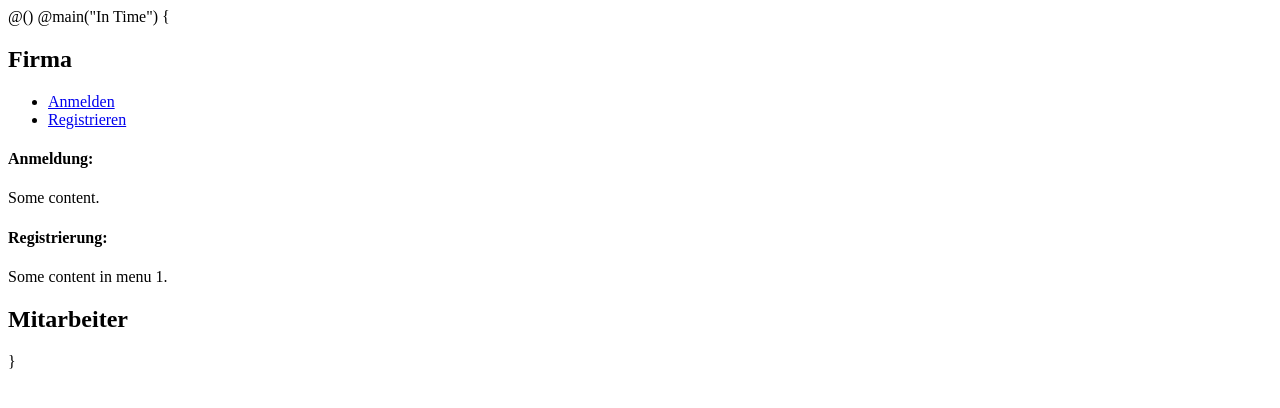
Repository: Avinukas/InTime
Page: intime/app/views/index.scala.html
The author's editor kept a copy of each file at every save. The page is drawn from the files as they stood at one save, then again after the next save.
The browser window is 1280 px wide. The pictures show the whole page.

Above is the page before, as saved 2018-05-17 07:31:09.

After the next save:
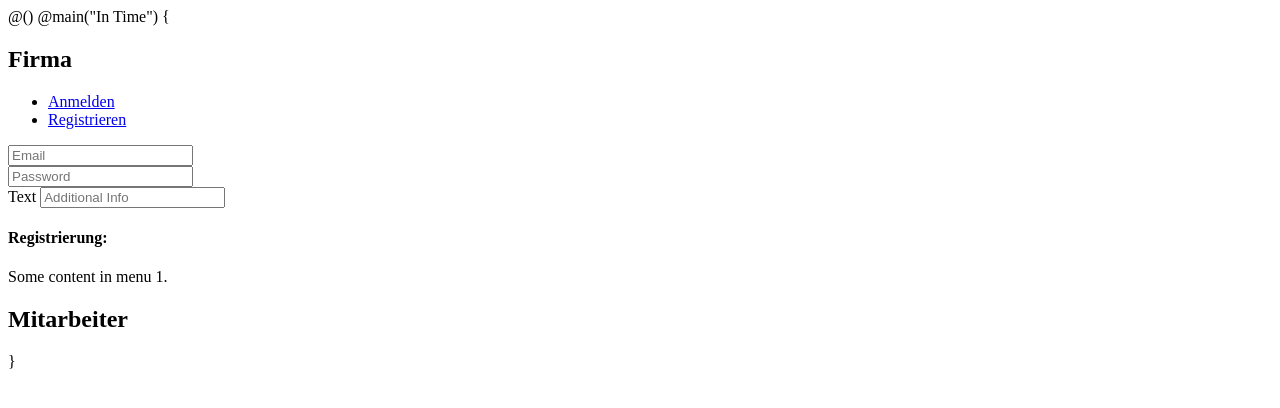
Saved 35 min 4 s later.
--- a/intime/app/views/index.scala.html
+++ b/intime/app/views/index.scala.html
@@ -9,8 +9,24 @@
 
 		<div class="tab-content">
 			<div id="firmaAnmelden" class="tab-pane fade in active">
-				<h4>Anmeldung:</h4>
-				<p>Some content.</p>
+				<form>
+					<div class="input-group">
+						<span class="input-group-addon"><i
+							class="glyphicon glyphicon-user"></i></span> <input id="email"
+							type="text" class="form-control" name="email" placeholder="Email">
+					</div>
+					<div class="input-group">
+						<span class="input-group-addon"><i
+							class="glyphicon glyphicon-lock"></i></span> <input id="password"
+							type="password" class="form-control" name="password"
+							placeholder="Password">
+					</div>
+					<div class="input-group">
+						<span class="input-group-addon">Text</span> <input id="msg"
+							type="text" class="form-control" name="msg"
+							placeholder="Additional Info">
+					</div>
+				</form>
 			</div>
 			<div id="firmaRegistrieren" class="tab-pane fade">
 				<h4>Registrierung:</h4>
